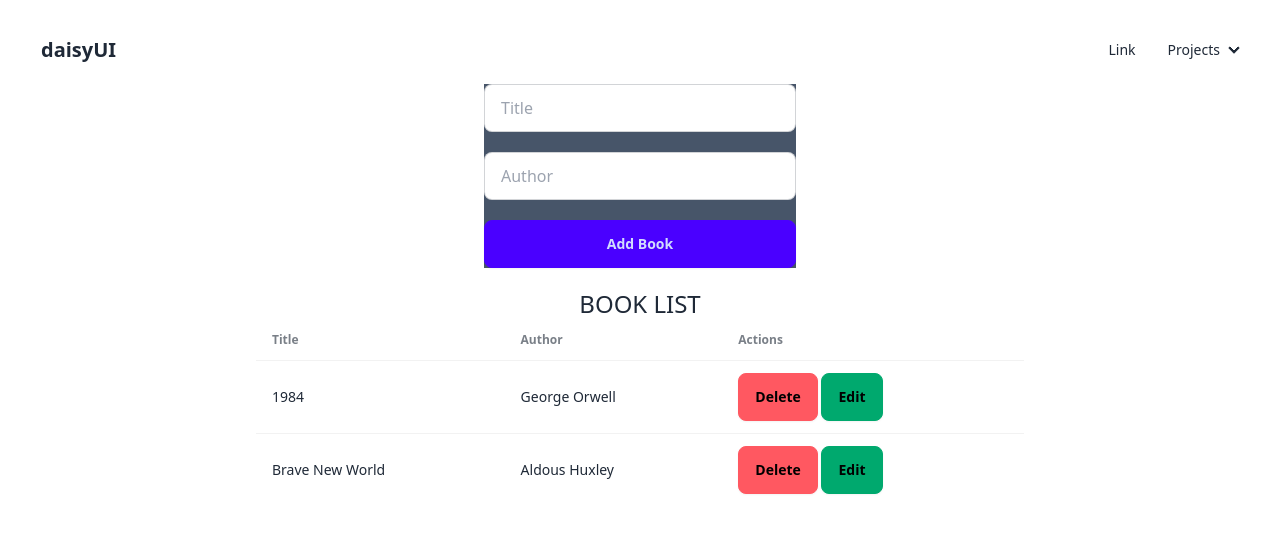
Repository: sibi24sibi/Crud-app-svelte
Page: /
An editor plug-in stored every save of this project. The page is shown before and after the next save, followed by the edit.
The browser window is 1280 px wide. The pictures show the whole page.
The project was rebuilt for these pictures with package versions that can differ from the ones it lists, and the page was loaded fresh each time. Also part of the build but not shown: svelte.config.js, vite.config.js.

Above is the page before, as saved 2024-06-30 19:09:23.

After the next save:
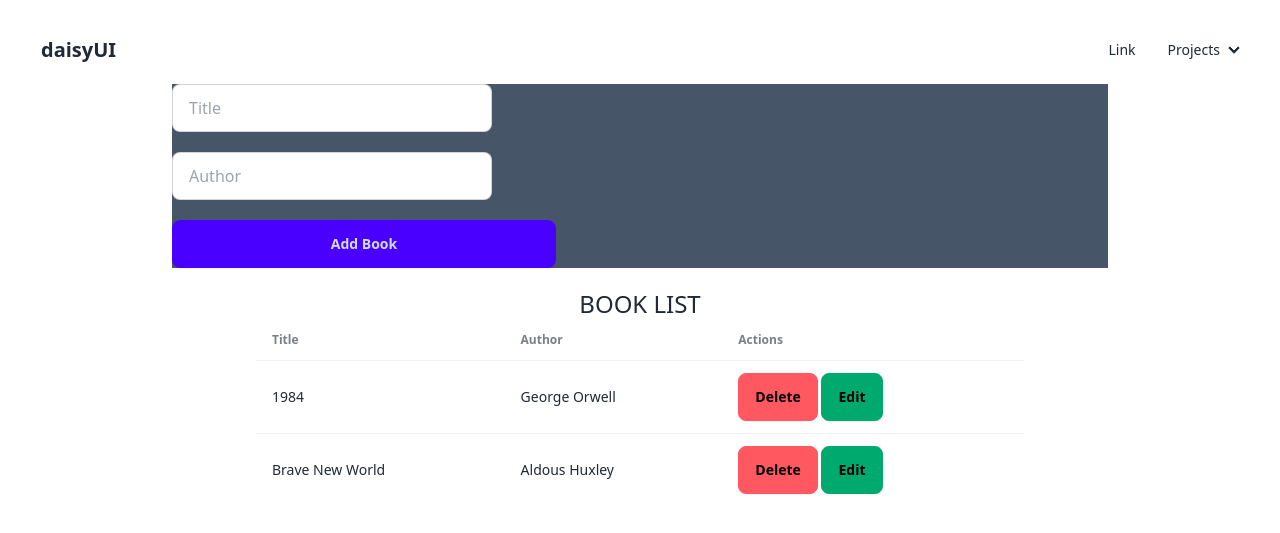
Saved 8 s later.
--- a/src/Components/AddBook.svelte
+++ b/src/Components/AddBook.svelte
@@ -13,7 +13,7 @@
   }
 </script>
 
-<div class="flex flex-col mx-auto gap-5 bg-slate-600 w-1/4">
+<div class="flex flex-col mx-auto gap-5 bg-slate-600 w-3/4">
   <input
     placeholder="Title"
     class="input input-bordered w-full max-w-xs"

After the save that followed:
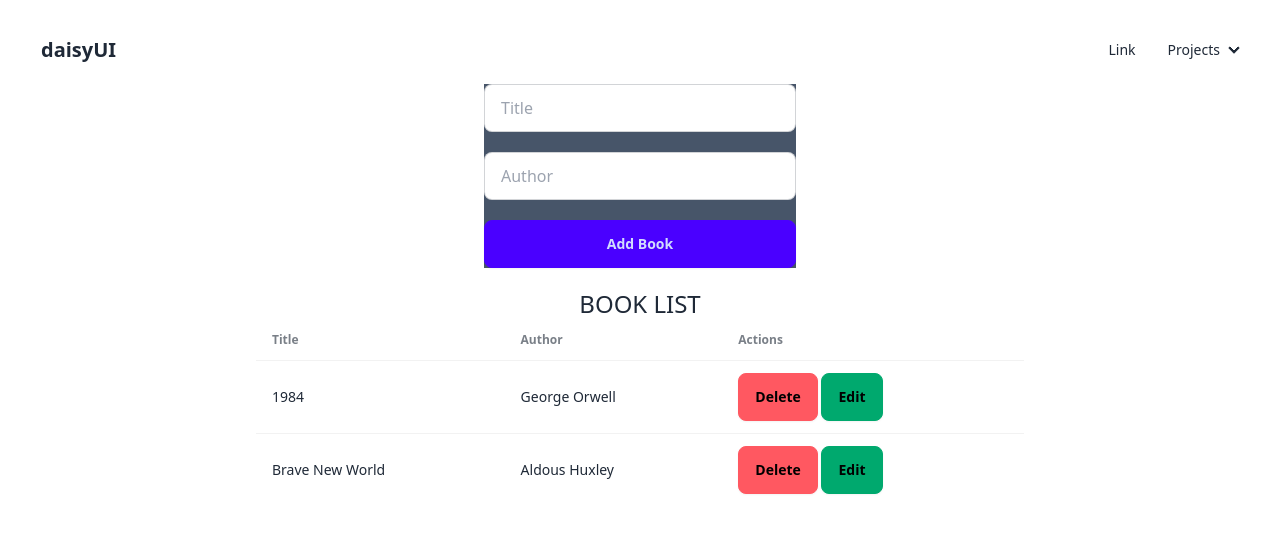
Saved 11 s later.
--- a/src/Components/AddBook.svelte
+++ b/src/Components/AddBook.svelte
@@ -13,7 +13,7 @@
   }
 </script>
 
-<div class="flex flex-col mx-auto gap-5 bg-slate-600 w-3/4">
+<div class="flex flex-col mx-auto gap-5 bg-slate-600 w-1/4">
   <input
     placeholder="Title"
     class="input input-bordered w-full max-w-xs"
